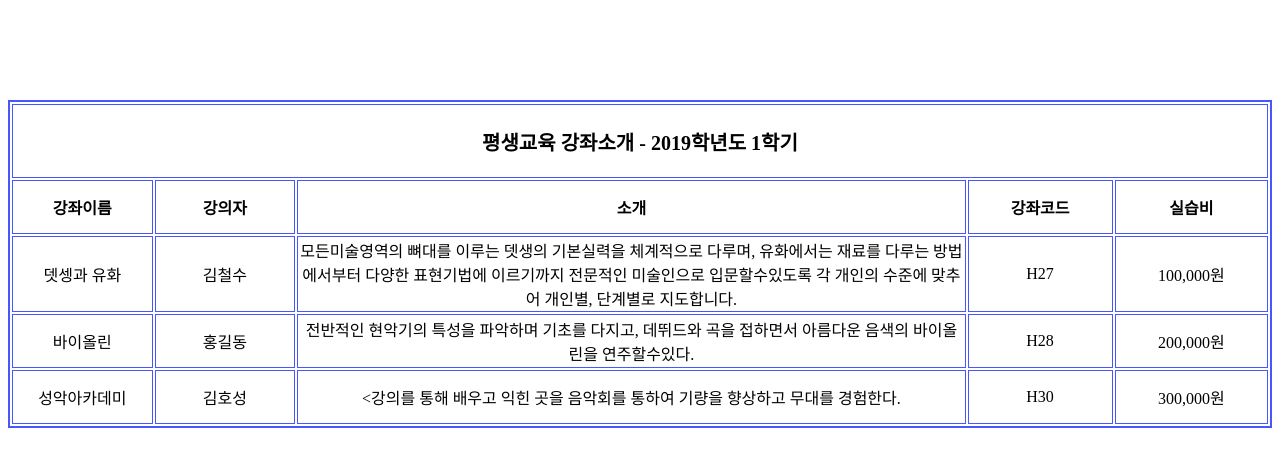
Repository: windy9109/FrontendClass
Page: webpro/src/main/webapp/code1/테이블연습1.html
An editor plug-in stored every save of this project. The page is shown before and after the next save, followed by the edit.
The browser window is 1280 px wide. The pictures show the whole page.

Above is the page before, as saved 2022-02-24 08:29:03.

After the next save:
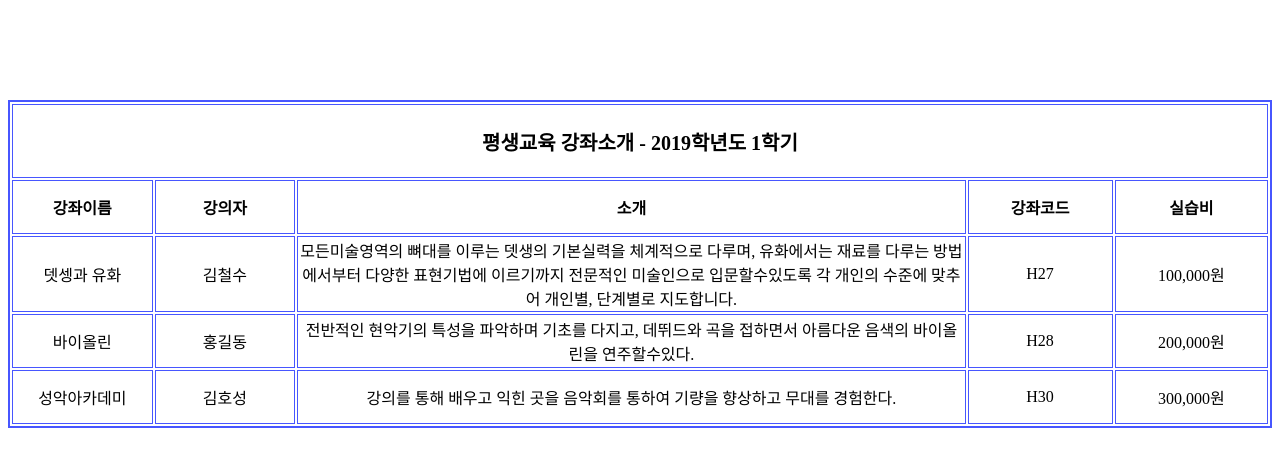
Saved 5 min 38 s later.
--- a/webpro/src/main/webapp/code1/테이블연습1.html
+++ b/webpro/src/main/webapp/code1/테이블연습1.html
@@ -63,7 +63,7 @@
     <tr>
         <td>성악아카데미</td>
         <td>김호성</td>
-        <td><강의를 통해 배우고 익힌 곳을 음악회를 통하여 기량을 향상하고 무대를 경험한다.</td>
+        <td>강의를 통해 배우고 익힌 곳을 음악회를 통하여 기량을 향상하고 무대를 경험한다.</td>
         <td>H30</td>
         <td>300,000원</td>
     </tr>
